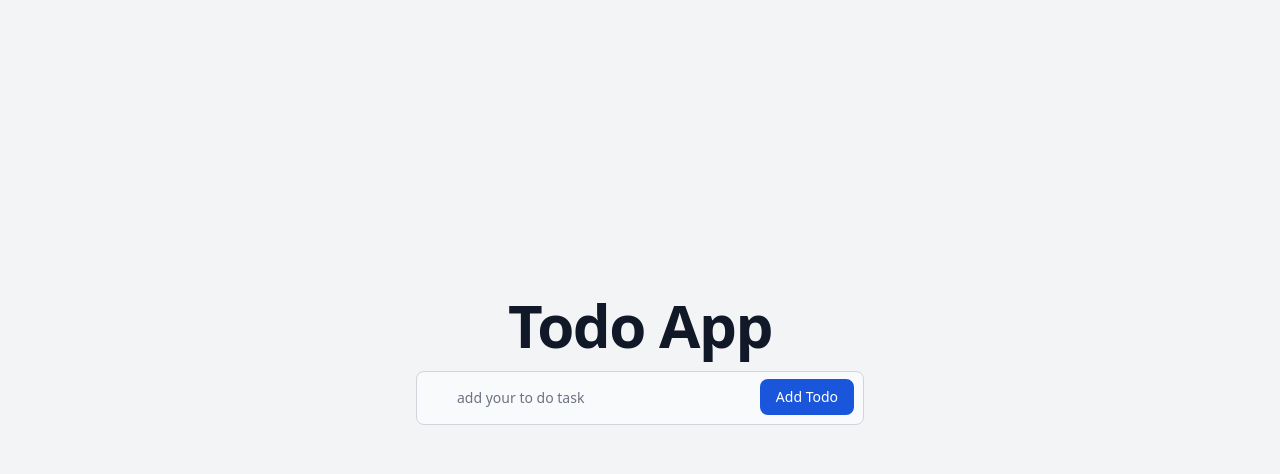
Repository: sodmaq/Todo-App
Page: /quote
The author's editor kept a copy of each file at every save. The page is drawn from the files as they stood at one save, then again after the next save.
The browser window is 1280 px wide. The pictures show the whole page.
The project was rebuilt for these pictures with package versions that can differ from the ones it lists, and the page was loaded fresh each time. Also part of the build but not shown: vite.config.js, src/components/TodoItem.jsx.

Above is the page before, as saved 2024-09-04 11:13:22.

After the next save:
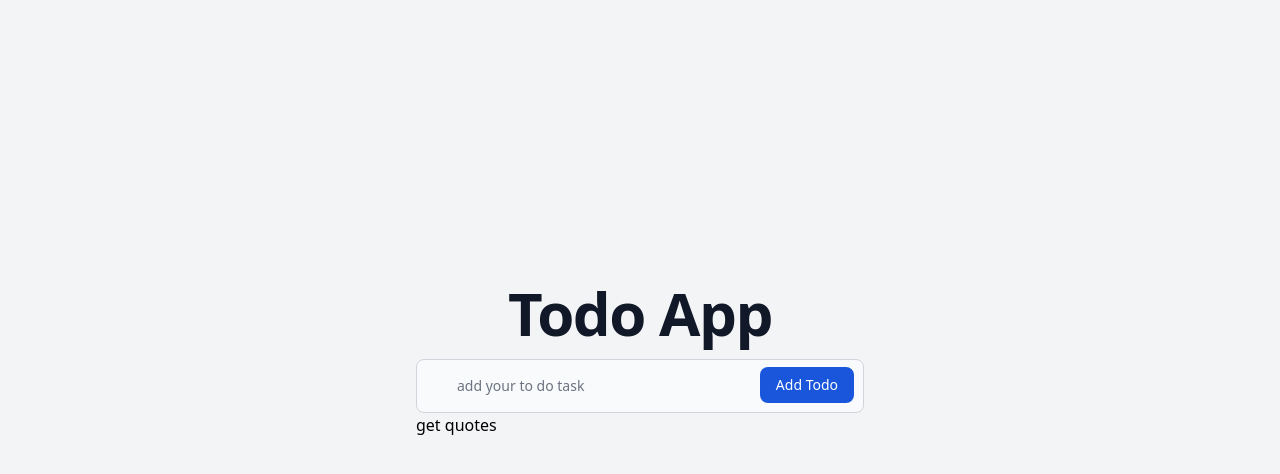
Saved 78 s later.
--- a/src/components/TodoInput.jsx
+++ b/src/components/TodoInput.jsx
@@ -50,6 +50,7 @@
           </button>
         </div>
       </form>
+      <button>get quotes</button>
     </div>
   );
 }
